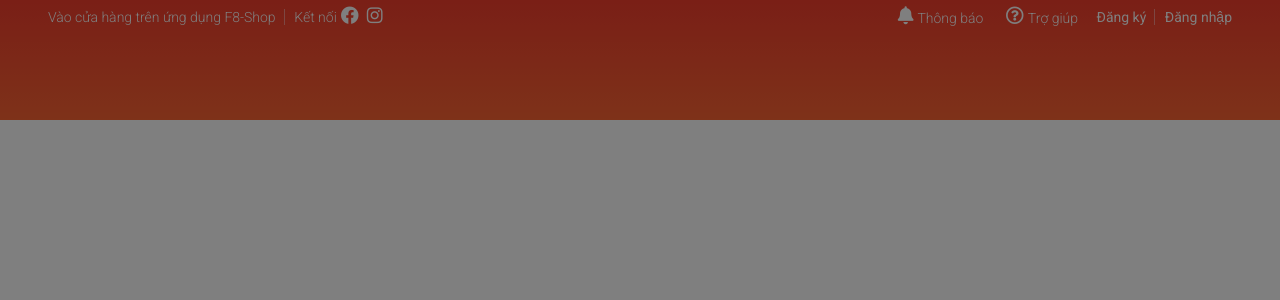
Repository: huynhnhan112/Shopee_Homepage
Page: index.html
The author's editor kept a copy of each file at every save. The page is drawn from the files as they stood at one save, then again after the next save.
The browser window is 1280 px wide. The pictures show the whole page.

Above is the page before, as saved 2021-11-19 12:26:00.

### index.html
<!DOCTYPE html>
<html lang="en">

<head>
    <meta charset="UTF-8">
    <meta http-equiv="X-UA-Compatible" content="IE=edge">
    <meta name="viewport" content="width=device-width, initial-scale=1.0">
    <link rel="stylesheet" href="https://cdnjs.cloudflare.com/ajax/libs/normalize/8.0.1/normalize.min.css"
        integrity="sha512-NhSC1YmyruXifcj/KFRWoC561YpHpc5Jtzgvbuzx5VozKpWvQ+4nXhPdFgmx8xqexRcpAglTj9sIBWINXa8x5w=="
        crossorigin="anonymous" referrerpolicy="no-referrer" />
    <link rel="preconnect" href="https://fonts.googleapis.com">
    <link rel="preconnect" href="https://fonts.gstatic.com" crossorigin>
    <link href="https://fonts.googleapis.com/css2?family=Roboto:wght@100;300;400;500;700&display=swap" rel="stylesheet">
    <link rel="stylesheet" href="./assets/fonts/fontawesome-free-5.15.4/fontawesome-free-5.15.4-web/css/all.min.css">
    <link rel="stylesheet" href="./assets/css/base.css">
    <link rel="stylesheet" href="./assets/css/style.css">
    <title>F8 - Shop</title>
</head>

<body>
    <div class="app">
        <header class="header">
            <div class="grid">
                <nav class="header__navbar">
                    <ul class="header__navbar-list">
                        <li class="header__navbar-item header__navbar-item--qr header__navbar-item--separate">Vào cửa hàng trên ứng dụng F8-Shop
                            <div class="header__qr">
                                <img src="./assets/img/qr_code.png" alt="QR code" class="header__qr-img">
                                <div class="header__qr-apps">
                                    <a href="" class="header__qr-link">
                                        <img src="./assets/img/google_play.png" alt="Google Play" class="header__qr-download">
                                    </a>
                                    <a href="" class="header__qr-link">
                                        <img src="./assets/img/app_store.png" alt="App Store" class="header__qr-download">
                                    </a>
                                </div>
                            </div>
                        </li>
                        <li class="header__navbar-item">
                            <span class="header__navbar-title">Kết nối</span>
                            <a href="#" class="header__navbar-icon-link">
                                <i class="header__navbar-icon fab fa-facebook"></i>
                            </a>
                            <a href="#" class="header__navbar-icon-link">
                                <i class="header__navbar-icon fab fa-instagram"></i>
                            </a>
                        </li>
                    </ul>
                    <ul class="header__navbar-list">
                        <li class="header__navbar-item header__navbar-item--show-notify">
                            <a href="#" class="header__navbar-item-link">
                                <i class="header__navbar-icon fas fa-bell"></i>
                                Thông báo
                            </a>
                            <div class="header__notify">
                                <header class="header__notify-header">
                                    <h3>Thông Báo Mới Nhận</h3>
                                </header>
                                <ul class="header__notify-list">
                                    <li class="header__notify-item header__notify-item--viewed">
                                        <a href="" class="header__notify-link">
                                            <img src="https://img.abaha.vn/photos/origin/83-1586781803-myphamohui-lgvina.png" alt="" class="header__notify-img">
                                            <div class="header__notify-info">
                                                <span class="header__notify-name">Ohui chính thức ra mắt dòng son lì mới The First Genture Lipstick</span>
                                                <span class="header__notify-description">Một lần môi căng mềm, quyến rũ với sắc màu nổi bật luôn là điều mà các quý cô ao ước</span>
                                            </div>
                                        </a>
                                    </li>
                                    <li class="header__notify-item header__notify-item--viewed">
                                        <a href="" class="header__notify-link">
                                            <img src="https://img.abaha.vn/photos/origin/83-1586781803-myphamohui-lgvina.png" alt="" class="header__notify-img">
                                            <div class="header__notify-info">
                                                <span class="header__notify-name">Xác thực chính hãng nguồn gốc các sản phẩm Ohui</span>
                                                <span class="header__notify-description">HiddenTag là xác thực hàng chính hãng bằng công nghệ tiên tiến nhất hiện nay</span>
                                            </div>
                                        </a>
                                    </li>
                                    <li class="header__notify-item">
                                        <a href="" class="header__notify-link">
                                            <img src="https://img.abaha.vn/photos/origin/83-1586781803-myphamohui-lgvina.png" alt="" class="header__notify-img">
                                            <div class="header__notify-info">
                                                <span class="header__notify-name">Sale sốc bộ dưỡng Ohui The First tái tạo trả hóa da SALE OFF 70%</span>
                                                <span class="header__notify-description">Giá chỉ còn 375.000(giá gốc 1.250.000 vnđ)</span>
                                            </div>
                                        </a>
                                    </li>
                                </ul>
                                <footer class="header__notify-footer">
                                    <a href="" class="header__notify-footer-btn">Xem tất cả</a>
                                </footer>
                            </div>
                        </li>
                        <li class="header__navbar-item">
                            <a href="#" class="header__navbar-item-link">
                                <i class="header__navbar-icon far fa-question-circle"></i>
                                Trợ giúp
                            </a>
                        </li>
                        <li class="header__navbar-item header__navbar-item--strong header__navbar-item--separate">Đăng
                            ký</li>
                        <li class="header__navbar-item header__navbar-item--strong">Đăng nhập</li>
                    </ul>
                </nav>
            </div>
        </header>

        <div class="container">

        </div>

        <footer class="footer">

        </footer>
    </div>

    <!-- Modal Layout -->
    <div class="modal">
        <div class="modal__overclay"></div>
        <div class="modal__body">
            <div class="modal__inner">

            </div>
        </div>
    </div>
</body>

</html>

### assets/css/base.css
:root{
    --white-color: #fff;
    --black-color: #000;
    --text-color: #333;
    --primary-color: #ee4d2d;
}

*{
    box-sizing: inherit;
}

html{
    font-size: 62.5%;
    line-height: 1.6rem;
    font-family: 'Roboto', sans-serif;
    box-sizing: border-box;
}

.grid{
    width: 1200px;
    max-width: 100%;
    margin: 0 auto;
}

.grid__full_width{
    width: 100%;
}

.gid__row{
    display: flex;
    flex-wrap: wrap;
}

@keyframes fadeIn {
    from{
        opacity: 0;
    }
    to{
        opacity: 1;
    }
}

/* Modal */
.modal{
    position: fixed;
    top: 0;
    left: 0;
    right: 0;
    bottom: 0;
}

.modal__overclay{
    position: absolute;
    width: 100%;
    height: 100%;
    background-color: rgba(0,0,0,0.5);
}

### assets/css/style.css
.header{
    height: 120px;
    background-image: linear-gradient(0, #fe6433, #f53e2d);
}

.header__navbar{
    display: flex;
    justify-content: space-between;
    min-height: 26px;
}

.header__navbar-list{
    list-style: none;
    padding-left: 0;
    margin-top: 4px;
}

.header__navbar-item{
    margin: 0 8px;
    position: relative;
    min-height: 26px;
}

.header__navbar-item,
.header__navbar-item-link{
    display: inline-block;
    font-size: 1.4rem;
    color: var(--white-color);
    text-decoration: none;
    font-weight: 300;
}

.header__navbar-item,
.header__navbar-item-link,
.header__navbar-icon-link{
    display: inline-flex;
    align-items: center;
}

.header__navbar-item:hover,
.header__navbar-item-link:hover,
.header__navbar-icon-link:hover{
    color: rgba(255,255,255, 0.7);
    cursor: pointer;
}

.header__navbar-item--strong{
    font-weight: 400;
}

.header__navbar-item--separate::after{
    content: '';
    display: block;
    position: absolute;
    border-left: 1px solid #FB9086;
    height: 16px;
    right: -9px;
    top: 50%;
    transform: translateY(-50%);
}

.header__navbar-icon-link{
    color: var(--white-color);
    text-decoration: none;
}

.header__navbar-icon{
    font-size: 1.8rem;
    margin: 0 4px 5px;
}

.header__navbar-title{
    cursor: text;
    color: var(--white-color);
}

/* Header QR Code */
.header__qr{
    background-color: var(--white-color);
    width: 186px;
    position: absolute;
    left: 0;
    top: 160%;
    padding: 8px;
    border-radius: 2px;
    display: none;
    animation: fadeIn ease-in-out 0.3s;
}

.header__qr::before{
    content: '';
    position: absolute;
    display: block;
    width: 100%;
    height: 20px;
    top: -16px;
    left: 0;
}

.header__navbar-item--qr:hover .header__qr{
    display: block;
}

.header__qr-img{
    width: 100%;
}

.header__qr-apps{
    display: flex;
    justify-content: space-between;
}

.header__qr-link:first-child{
    margin-left: 11px;
}

.header__qr-link:last-child{
    margin-right: 11px;
}

.header__qr-download{
    height: 15px;
}

/* Header Notifycation */
.header__notify{
    position: absolute;
    top: 150%;
    right: 0;
    width: 404px;
    border: 1px solid #d3d3d3;
    background-color: var(--white-color);
    cursor: default;
    transform-origin: calc(100% - 20px) top;
    animation: headerNotify ease-in-out 0.3s;
    will-change: opacity, transform;
    display: none;
}

.header__notify::before{
    content: '';
    border: 20px solid;
    border-color: transparent transparent var(--white-color) transparent;
    position: absolute;
    right: 10px;
    top: -29px;
}

.header__notify::after{
    content: '';
    display: block;
    width: 90px;
    height: 20px;
    position: absolute;
    right: 0;
    top: -15px;
}

@keyframes headerNotify {
    from{
        transform: scale(0);
        opacity: 0;
    }
    to{
        transform: scale(1);
        opacity: 1;
    }
}

.header__navbar-item--show-notify:hover .header__notify{
    display: block;
}

.header__notify-header{
    height: 40px;
    background-color: var(--white-color);
}

.header__notify-header h3{
    color: #999;
    margin: 0 0 0 12px;
    font-weight: 400;
    font-size: 1.5rem;
    line-height: 40px;
    user-select: none;
}

.header__notify-list{
    padding-left: 0;
}

.header__notify-item{
    display: flex;
}

.header__notify-item:hover{
    background-color: #f7f7f7;
}

.header__notify-item--viewed{
    background-color: rgba(238,75,43,0.08);
}

.header__notify-link{
    display: flex;
    width: 100%;
    padding: 12px;
    text-decoration: none;
}

.header__notify-img{
    width: 48px;
    object-fit: contain;
}

.header__notify-info{
    margin-left: 1.2rem;
    /* line-height: 2.4rem; */
}

.header__notify-name{
    display: block;
    font-size: 1.4rem;
    color: var(--text-color);
    font-weight: 500;
    line-height: 1.8rem;
}

.header__notify-description{
    display: block;
    font-size: 1.2rem;
    color: #756f6e;
    font-weight: 400;
    margin-top: 0.4rem;
}

.header__notify-footer{
    text-align: center;
}

.header__notify-footer-btn{
    text-decoration: none;
    color: var(--text-color);
    padding: 16px 0;
    width: 100%;
    display: block;
    font-weight: 500;
}

Loaded but not shown: assets/fonts/fontawesome-free-5.15.4/fontawesome-free-5.15.4-web/css/all.min.css (library)

After the next save:
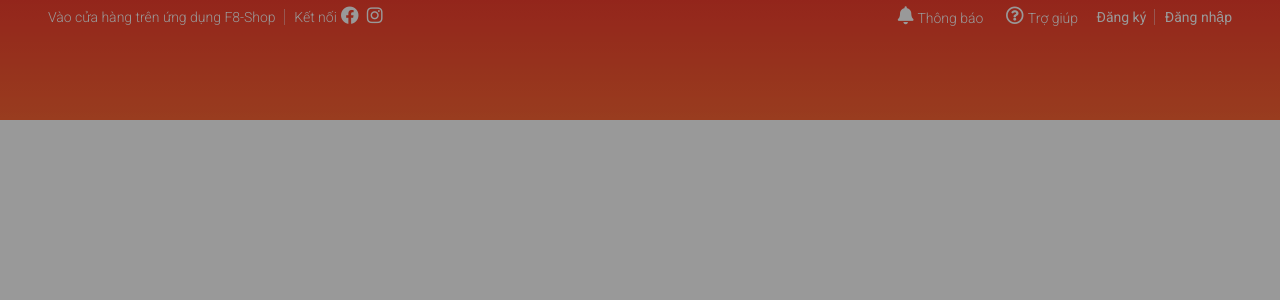
Saved 27 s later.
--- a/assets/css/base.css
+++ b/assets/css/base.css
@@ -53,5 +53,5 @@
     position: absolute;
     width: 100%;
     height: 100%;
-    background-color: rgba(0,0,0,0.5);
+    background-color: rgba(0,0,0,0.4);
 }
